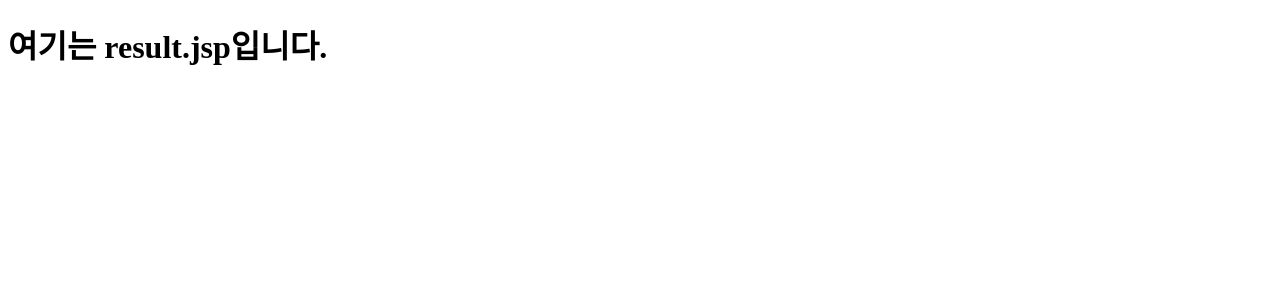
Repository: MySunTY/JSP
Page: http://localhost/JSP04/result.jsp
These files come from the project's save history. The page is drawn as it stood at one moment and after the next save; the edit follows.
The browser window is 1280 px wide. The pictures show the whole page.
The page is served by Tomcat 9.

Above is the page before, as saved 2024-05-10 01:43:06.

After the next save:
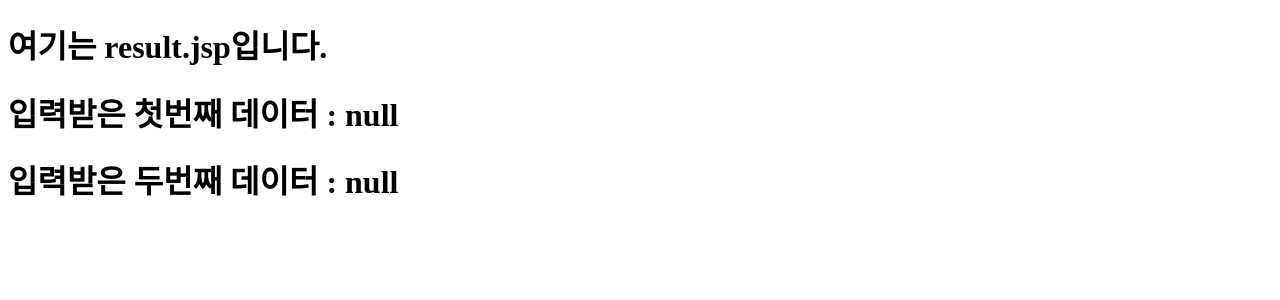
Saved 2 min 27 s later.
--- a/JSP04/src/main/webapp/result.jsp
+++ b/JSP04/src/main/webapp/result.jsp
@@ -7,6 +7,13 @@
 		<title>데이터 확인</title>
 	</head>
 	<body>
+		<% String A = request.getParameter("nm");
+			String B = request.getParameter("first");
+		%>
+
 		<h1>여기는 result.jsp입니다.</h1>
+		<h1>입력받은 첫번째 데이터 : <%=A %></h1>
+		<h1>입력받은 두번째 데이터 : <%=B %></h1>
+
 	</body>
 </html>
